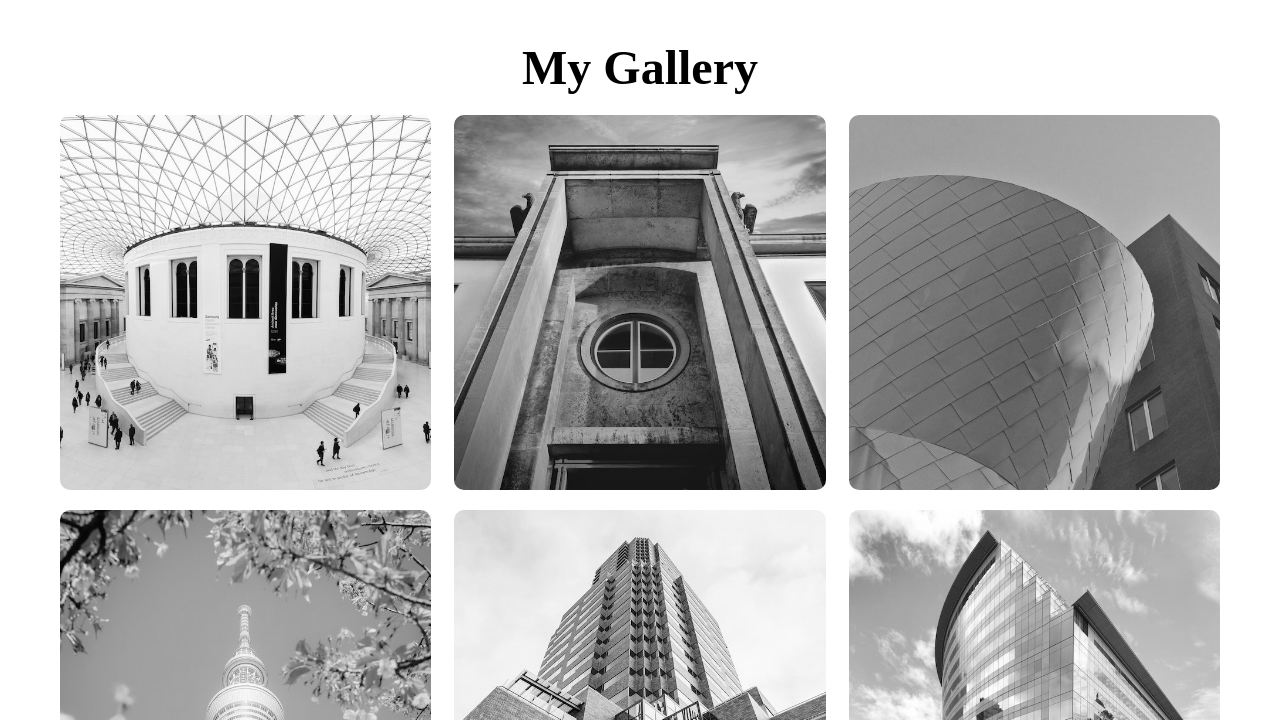
Repository: shoaib-1729/Web-Dev-Course_Dot-Batch_Love-Babbar
Page: 03_CSS Sessions Basics/05_CSS-Projects-Unwrap-Class/04_Code-Practice-unwrapClass/image-gallery-project/index.html
An editor plug-in stored every save of this project. The page is shown before and after the next save, followed by the edit.
The browser window is 1280 px wide. The pictures show the whole page.
The pointer rests on the first visible `.card`.
An inner scrolling area shows only its first screen.

Above is the page before, as saved 2023-08-10 00:28:40.

After the next save:
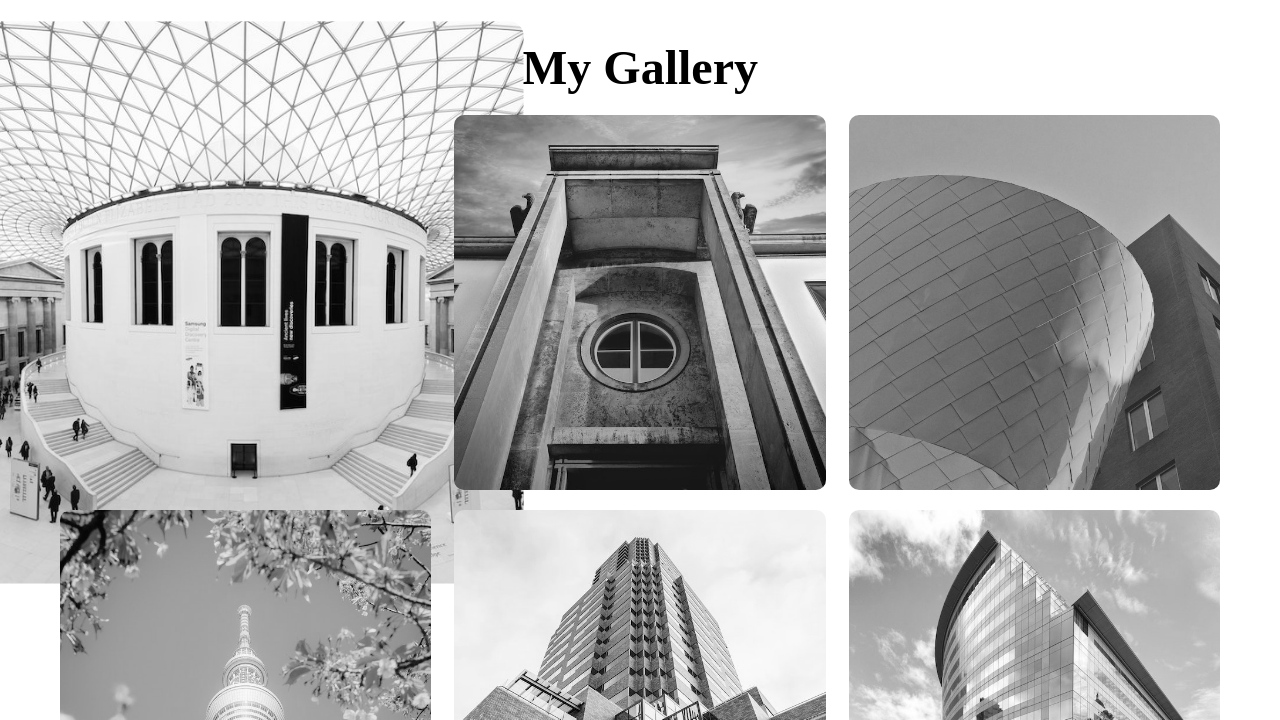
Saved 3 min 20 s later.
--- a/03_CSS Sessions Basics/05_CSS-Projects-Unwrap-Class/04_Code-Practice-unwrapClass/image-gallery-project/styles.css
+++ b/03_CSS Sessions Basics/05_CSS-Projects-Unwrap-Class/04_Code-Practice-unwrapClass/image-gallery-project/styles.css
@@ -45,3 +45,8 @@
     object-fit: cover;
     box-shadow: 0 0 20px #333;
 }
+
+.card:hover {
+    transform: scale(1.50);
+    /* transition: 0.5sec; */
+}
